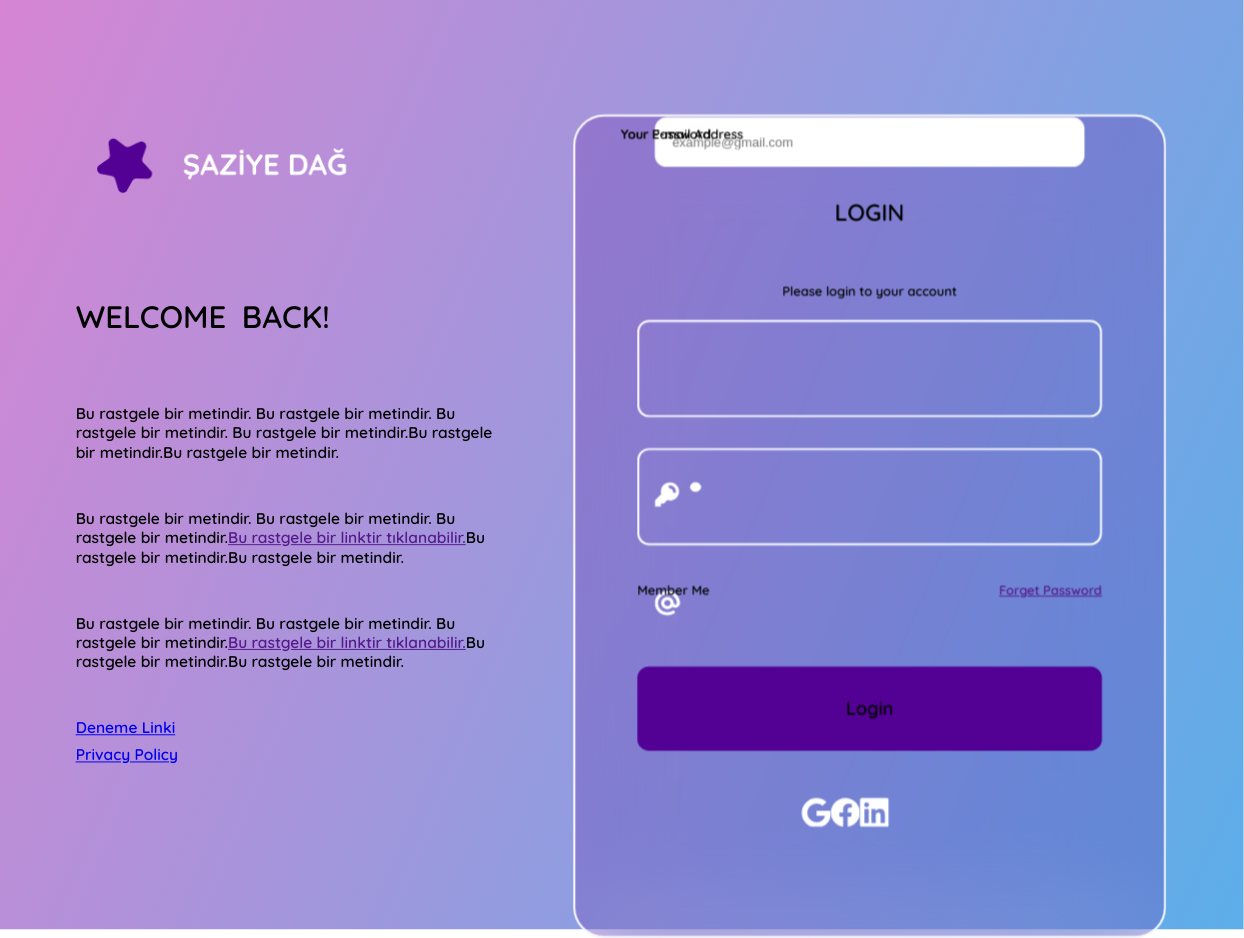
Repository: szydag/login
Page: /
An editor plug-in stored every save of this project. The page is shown before and after the next save, followed by the edit.
The browser window is 1280 px wide. The page is 1282 px wide, then 1280 px, then 1282 px, so the pictures cover 1282 px, including what lies to the right of the window. The pictures show the whole page, at 97% of full size.
The project was rebuilt for these pictures with package versions that can differ from the ones it lists, and the page was loaded fresh each time. Also part of the build but not shown: src/assets/svgr/unhiddenIcon/index.js.

Above is the page before, as saved 2023-10-29 20:11:05.

### src/index.js
import React from 'react';
import ReactDOM from 'react-dom/client';
import App from './app/index';
import {
    BrowserRouter
} from "react-router-dom";

const root = ReactDOM.createRoot(document.getElementById('root'));
root.render(
    <BrowserRouter>
        <App />
    </BrowserRouter>
);

### src/app/index.js
import LoginPage from "./pages/login";
import useStyles from "./style";

const App = () => {
    const classes = useStyles();
    return <div
        className={classes.main}
    >
        <LoginPage />
    </div>

};

export default App;

### src/app/pages/login/index.js
import React, { useEffect } from 'react'
import useStyles from './style';
import logo from './../../../assets/logo.png'
import MailIcon from './../../../assets/svgr/mailIcon/index.js'
import PasswordIcon from './../../../assets/svgr/passwordIcon/index.js'
import HiddenIcon from './../../../assets/svgr/hiddenIcon/index.js'
import UnhiddenIcon from './../../../assets/svgr/unhiddenIcon/index.js'
import GoogleIcon from './../../../assets/svgr/googleIcon/index.js'
import FacebookIcon from './../../../assets/svgr/facebookIcon/index.js'
import LinkedInIcon from './../../../assets/svgr/linkedInIcon/index.js'
const LoginPage = () => {

    const classes = useStyles();
    return <div
        className={classes.loginPage}
    >
        <div
            className={classes.promotionTexts}
        >
            <div
                className={classes.logo}
            >
                <img
                    src={logo}
                    alt=""
                />
            </div>
            <div
                className={classes.mainContent}
            >
                <div
                    className={classes.title}
                >
                    <h1>WELCOME</h1>
                    <h1>BACK!</h1>
                </div>
                <div
                    className={classes.contentText}
                >
                    <p>
                        Bu rastgele bir metindir. Bu rastgele bir metindir. Bu rastgele bir metindir. Bu rastgele bir metindir.Bu rastgele bir metindir.Bu rastgele bir metindir.
                    </p>
                    <p>
                        Bu rastgele bir metindir. Bu rastgele bir metindir. Bu rastgele bir metindir.
                        <a
                            href=""
                        >
                            Bu rastgele bir linktir tıklanabilir.
                        </a>
                        Bu rastgele bir metindir.Bu rastgele bir metindir.
                    </p>
                    <p>
                        Bu rastgele bir metindir. Bu rastgele bir metindir. Bu rastgele bir metindir.
                        <a
                            href=""
                        >
                            Bu rastgele bir linktir tıklanabilir.
                        </a>
                        Bu rastgele bir metindir.Bu rastgele bir metindir.
                    </p>
                </div>
                <div
                    className={classes.links}
                >
                    <a
                        href="

                    ">
                        Deneme Linki
                    </a>
                    <a
                        href="

                    ">
                        Privacy Policy
                    </a>
                </div>

            </div>
        </div>
        <div
            className={classes.loginArea}
        >
            <div
                className={classes.header}
            >
                <h2>LOGIN</h2>
                <h5>Please login to your account</h5>
            </div>
            <div
                className={classes.container}
            >
                <div
                    className={classes.loginMainContent}
                >
                    <div
                        className={classes.inputArea}
                    >
                        <div
                            className={classes.mailInput}
                        >
                            <input
                                className={classes.mailInput}
                                type="text"
                                placeholder='example@gmail.com'
                            />
                            <div
                                className={classes.content}
                            >
                                <MailIcon
                                    color='#ffffff'
                                    size={30}
                                ></MailIcon>

                            </div>
                            <div
                                className={classes.inputTitle}
                            >
                                <h5>Your E-mail  Address</h5>
                            </div>
                        </div>
                        <div
                            className={classes.passwordInput}
                        >
                            <div
                                className={classes.content}
                            >
                                <PasswordIcon
                                    color='#ffffff'
                                    size={30}
                                >
                                </PasswordIcon>
                                <HiddenIcon
                                    color='#ffffff'
                                    size={30}
                                >

                                </HiddenIcon>
                            </div>
                            <div
                                className={classes.inputTitle}
                            >
                                <h5>Your Password</h5>
                            </div>

                        </div>
                    </div>
                    <div
                        className={classes.passwordSettingsArea}
                    >
                        <div
                            className={classes.memberMeArea}
                        >
                            <h5>Member Me</h5>
                        </div>
                        <h5>
                            <a href="">
                                Forget Password
                            </a>
                        </h5>
                    </div>
                </div>
                <div
                    className={classes.loginButton}
                >
                    <h3>Login</h3>
                </div>
            </div>
            <div
                className={classes.accountSettings}
            >
                <div
                    className={classes.accountSettingsTitle}
                >

                </div>
                <div
                    className={classes.socialMediaIcons}
                >
                    <GoogleIcon
                        color='#ffffff'
                        size={30}
                    >
                    </GoogleIcon>
                    <FacebookIcon
                        color='#ffffff'
                        size={30}
                    >
                    </FacebookIcon>
                    <LinkedInIcon
                        color='#ffffff'
                        size={30}
                    >
                    </LinkedInIcon>
                </div>
                <div
                    className={classes.newAccountArea}
                >

                </div>
            </div>
        </div>
    </div>
}

export default LoginPage;

### src/app/style.js
import { createUseStyles } from "react-jss";

const useStyles = createUseStyles({
    "@font-face": [
        {
            fontFamily: "Quicksand-Bold",
            src: 'url("/public/assets/fonts/Quicksand-Bold.ttf")',
            fontStyle: "normal"
        },
        {
            fontFamily: "Quicksand-Light",
            src: 'url("/public/assets/fonts/Quicksand-Light.ttf")',
            fontStyle: "normal"
        },
        {
            fontFamily: "Quicksand-Medium",
            src: 'url("/public/assets/fonts/Quicksand-Medium.ttf")',
            fontStyle: "normal"
        },
        {
            fontFamily: "Quicksand-Regular",
            src: 'url("/public/assets/fonts/Quicksand-Regular.ttf")',
            fontStyle: "normal"
        },
        {
            fontFamily: "Quicksand-SemiBold",
            src: 'url("/public/assets/fonts/Quicksand-SemiBold.ttf")',
            fontStyle: "normal"
        }
    ],
    main: {
        fontFamily: "Quicksand-SemiBold",
        width: '100%',
        height: '100%',
    },
})
export default useStyles;

### src/app/pages/login/style.js

import { createUseStyles } from "react-jss";

const useStyles = createUseStyles({
    "@font-face": [
        {
            fontFamily: "Quicksand-Bold",
            src: 'url("/public/assets/fonts/Quicksand-Bold.ttf")',
            fontStyle: "normal"
        },
        {
            fontFamily: "Quicksand-Light",
            src: 'url("/public/assets/fonts/Quicksand-Light.ttf")',
            fontStyle: "normal"
        },
        {
            fontFamily: "Quicksand-Medium",
            src: 'url("/public/assets/fonts/Quicksand-Medium.ttf")',
            fontStyle: "normal"
        },
        {
            fontFamily: "Quicksand-Regular",
            src: 'url("/public/assets/fonts/Quicksand-Regular.ttf")',
            fontStyle: "normal"
        },
        {
            fontFamily: "Quicksand-SemiBold",
            src: 'url("/public/assets/fonts/Quicksand-SemiBold.ttf")',
            fontStyle: "normal"
        }
    ],
    h1: {
        fontFamily: 'Quicksand-SemiBold',
    },
    loginPage: {
        margin:"-10px",
        height: '100vh',
        display: 'flex',
        padding: '120px 80px',
        alignItems: 'flex-start',
        gap: '80px',
        background: 'linear-gradient(113deg, #B9A675 0%, #D685D3 0%, #5CAEE9 100%)',
    },
    promotionTexts: {
        width: '50%',
        display: 'flex',
        flexDirection: 'column',
        alignItems: 'flex-start',
        gap: '64px',
    },
    logo: {
        display: 'flex',
        alignItems: 'center',
        gap: '8px',
    },
    mainContent: {
        display: 'flex',
        flexDirection: 'column',
        justifyContent: ' center',
        alignItems: 'flex-start',
        gap: '32px',
    },
    title: {
        display: 'flex',
        alignItems: 'flex-start',
        gap: '16px',
    },
    contentText: {
        display: 'flex',
        flexDirection: 'column',
        alignItems: 'flex - start',
        gap: '16px',
    },
    links: {
        display: 'flex',
        flexDirection: 'column',
        alignItems: 'flex-start',
        gap: '8px',
    },
    loginArea: {
        width: '50%',
        display: 'flex',
        padding: '64px',
        flexDirection: 'column',
        justifyContent: 'center',
        alignItems: 'center',
        borderRadius: '32px',
        border: '2px solid #FFF',
        background: 'rgba(83, 0, 148, 0.20)',
        backdropFilter: 'blur(45px)',
    },
    header: {
        display: 'flex',
        flexDirection: 'column',
        alignItems: 'center',
        gap: '16px',
    },
    container: {
        display: 'flex',
        flexDirection: 'column',
        alignItems: 'flex-start',
        gap: '48px',
        alignSelf: 'stretch',
    },
    loginMainContent: {
        display: 'flex',
        flexDirection: 'column',
        justifyContent: 'center',
        alignItems: 'center',
        gap: '16px',
        alignSelf: 'stretch',
    },
    inputArea: {
        display: 'flex',
        flexDirection: 'column',
        alignItems: 'flex-start',
        gap: '32px',
        alignSelf: 'stretch',
    },
    mailInput: {
        display: 'flex',
        height: '64px',
        padding: '16px',
        flexDirection: 'column',
        justifyContent: 'center',
        alignItems: 'flex-start',
        gap: '437px',
        alignSelf: 'stretch',
        borderRadius: '12px',
        border: '2px solid #FFF',
    },
    content: {
        display: 'flex',
        justifyContent: 'center',
        alignItems: 'center',
        gap: '6px',
    },
    inputTitle: {
        display: 'flex',
        padding: '0px 10px',
        alignItems: 'center',
        gap: '10px',
        position: 'absolute',
        left: '37px',
        top: '-12px',
    },
    passwordInput: {
        display: 'flex',
        height: '64px',
        padding: '16px',
        justifyContent: 'space-between',
        alignItems: 'center',
        alignSelf: 'stretch',
        borderRadius: '12px',
        border: '2px solid #FFF',
    },
    passwordSettingsArea: {
        display: 'flex',
        justifyContent: 'space-between',
        alignItems: 'flex-start',
        alignSelf: 'stretch',
    },
    memberMeArea: {
        display: 'flex',
        alignItems: 'center',
        gap: '16px',
    },
    loginButton: {
        display: 'flex',
        padding: '13px 215px',
        justifyContent: 'center',
        alignItems: 'center',
        gap: '10px',
        alignSelf: 'stretch',
        borderRadius: '12px',
        background: '#530094',
    },
    accountSettings: {
        display: 'flex',
        flexDirection: 'column',
        alignItems: 'center',
        gap: '48px',
    },
    accountSettingsTitle: {
        display: 'flex',
        justifyContent: 'center',
        alignItems: 'center',
        gap: '8px',
    },
    socialMediaIcons: {
        width: '140px',
        height: '31.492px',
    },
    newAccountArea: {
        display: 'flex',
        justifyContent: 'center',
        alignItems: 'flex-start',
        gap: '16px',
    },
})
export default useStyles;

### src/assets/svgr/mailIcon/index.js
import * as React from "react"
const MailIcon = ({
    color = "#ffffff",
    size = 30,
    ...props
}) => {
    const pathScale = 30 / size;
    return <svg
        xmlns="http://www.w3.org/2000/svg"
        width={size}
        height={size}
        fill="none"
        {...props}
    >
        <path
            fill={color}
            transform={`scale(${1 / 1})`}
            d="M19.894 6.125c-3.807-3.661-9.98-3.661-13.788 0s-3.808 9.597 0 13.258c3.31 3.183 8.41 3.6 12.187 1.248.753-.47 1.759-.263 2.247.461.488.725.273 1.692-.48 2.161-5.038 3.138-11.837 2.586-16.252-1.66-5.077-4.881-5.077-12.796 0-17.678 5.076-4.881 13.308-4.881 18.384 0C24.73 6.355 26 9.558 26 12.755c0 2.588-2.183 4.687-4.875 4.687a4.982 4.982 0 0 1-2.925-.937c-1.186 1.517-3.074 2.5-5.2 2.5-3.59 0-6.5-2.799-6.5-6.25 0-3.453 2.91-6.25 6.5-6.25s6.5 2.797 6.5 6.25c0 .862.727 1.562 1.625 1.562s1.625-.7 1.625-1.563c0-2.402-.952-4.798-2.856-6.629Zm-3.644 6.63c0-1.727-1.455-3.126-3.25-3.126s-3.25 1.4-3.25 3.125c0 1.726 1.455 3.125 3.25 3.125s3.25-1.399 3.25-3.125Z"
        />
    </svg>
}
export default MailIcon

### src/assets/svgr/passwordIcon/index.js
import * as React from "react"
const PasswordIcon = ({
    color = "#ffffff",
    size = 30,
    ...props
}) => {
    const pathScale = 30 / size;
    return <svg
        xmlns="http://www.w3.org/2000/svg"
        width={size}
        height={size}
        fill="none"
        {...props}
    >
        <path
            fill={color}
            transform={`scale(${1 / 1})`}
            d="M25 9.63a9.375 9.375 0 0 1-12.098 8.972L9.375 22.13H6.25v3.125H0v-6.25l6.652-6.652A9.375 9.375 0 1 1 25 9.63Zm-9.375-6.25a1.563 1.563 0 0 0 0 3.124c1.726 0 3.125 1.4 3.125 3.125a1.563 1.563 0 0 0 3.125 0 6.25 6.25 0 0 0-6.25-6.25Z"
        />
    </svg>
}
export default PasswordIcon

### src/assets/svgr/hiddenIcon/index.js
import * as React from "react"
const HiddenIcon = ({
    color = "#ffffff",
    size = 30,
    ...props
}) => {
    const pathScale = 30 / size;
    return <svg
        xmlns="http://www.w3.org/2000/svg"
        width={size}
        height={size}
        fill="none"
        {...props}
    >
        <path
            fill={color}
            transform={`scale(${1 / 1})`}
            d="M0 5.03C.801 2.115 3.185 0 6 0s5.199 2.115 6 5.03c-.801 2.915-3.185 5.03-6 5.03S.801 7.945 0 5.03Zm8.515 0C8.515 6.617 7.39 7.904 6 7.904c-1.39 0-2.515-1.287-2.515-2.874C3.485 3.443 4.61 2.156 6 2.156c1.39 0 2.515 1.287 2.515 2.874Z"
        />
    </svg>
}
export default HiddenIcon

### src/assets/svgr/googleIcon/index.js
import * as React from "react"
const GoogleIcon = ({
    color = "#ffffff",
    size = 30,
    ...props
}) => {
    const pathScale = 30 / size;
    return <svg
        xmlns="http://www.w3.org/2000/svg"
        width={size}
        height={size}
        fill="none"
        {...props}
    >
        <path
            fill={color}
            transform={`scale(${1 / 1})`}
            d="M30.5 16.357c0 8.698-5.957 14.889-14.754 14.889A15.228 15.228 0 0 1 .5 16 15.228 15.228 0 0 1 15.746.754c4.106 0 7.561 1.506 10.223 3.99l-4.15 3.99C16.392 3.496 6.298 7.43 6.298 16c0 5.318 4.248 9.627 9.449 9.627 6.037 0 8.3-4.328 8.656-6.572h-8.656v-5.243H30.26c.142.78.24 1.53.24 2.545Z"
        />
    </svg>
}
export default GoogleIcon

### src/assets/svgr/facebookIcon/index.js
import * as React from "react"
const FacebookIcon = ({
    color = "#ffffff",
    size = 30,
    ...props
}) => {
    const pathScale = 30 / size;
    return <svg
        xmlns="http://www.w3.org/2000/svg"
        width={size}
        height={size}
        fill="none"
        {...props}
    >
        <path
            fill={color}
            transform={`scale(${1 / 1})`}
            d="M30.5 15.754c0-8.286-6.714-15-15-15s-15 6.714-15 15c0 7.487 5.485 13.692 12.656 14.819V20.09h-3.81v-4.336h3.81V12.45c0-3.759 2.238-5.835 5.666-5.835 1.641 0 3.358.293 3.358.293v3.689h-1.892c-1.863 0-2.444 1.156-2.444 2.343v2.815h4.16l-.666 4.336h-3.494v10.483C25.014 29.446 30.5 23.24 30.5 15.754Z"
        />
    </svg>
}
export default FacebookIcon

### src/assets/svgr/linkedInIcon/index.js
import * as React from "react"
const LinkedInIcon = ({
    color = "#ffffff",
    size = 30,
    ...props
}) => {
    const pathScale = 30 / size;
    return <svg
        xmlns="http://www.w3.org/2000/svg"
        width={size}
        height={size}
        fill="none"
        {...props}
    >
        <path
            fill={color}
            transform={`scale(${1 / 1})`}
            d="M28.357.754H2.637C1.456.754.5 1.725.5 2.917v25.674c0 1.192.958 2.163 2.136 2.163h25.721c1.179 0 2.143-.97 2.143-2.163V2.917c0-1.192-.964-2.163-2.143-2.163ZM9.567 26.468H5.121V12.151h4.453v14.317h-.007ZM7.344 10.196a2.58 2.58 0 0 1 0-5.156 2.584 2.584 0 0 1 2.578 2.578 2.575 2.575 0 0 1-2.578 2.578Zm18.89 16.272h-4.446v-6.964c0-1.66-.034-3.797-2.31-3.797-2.317 0-2.672 1.808-2.672 3.677v7.084h-4.447V12.151h4.266v1.956h.06c.596-1.125 2.05-2.31 4.212-2.31 4.5 0 5.337 2.966 5.337 6.823v7.848Z"
        />
    </svg>
}
export default LinkedInIcon

Loaded but not shown: public/index.html (common file)

After the next save:
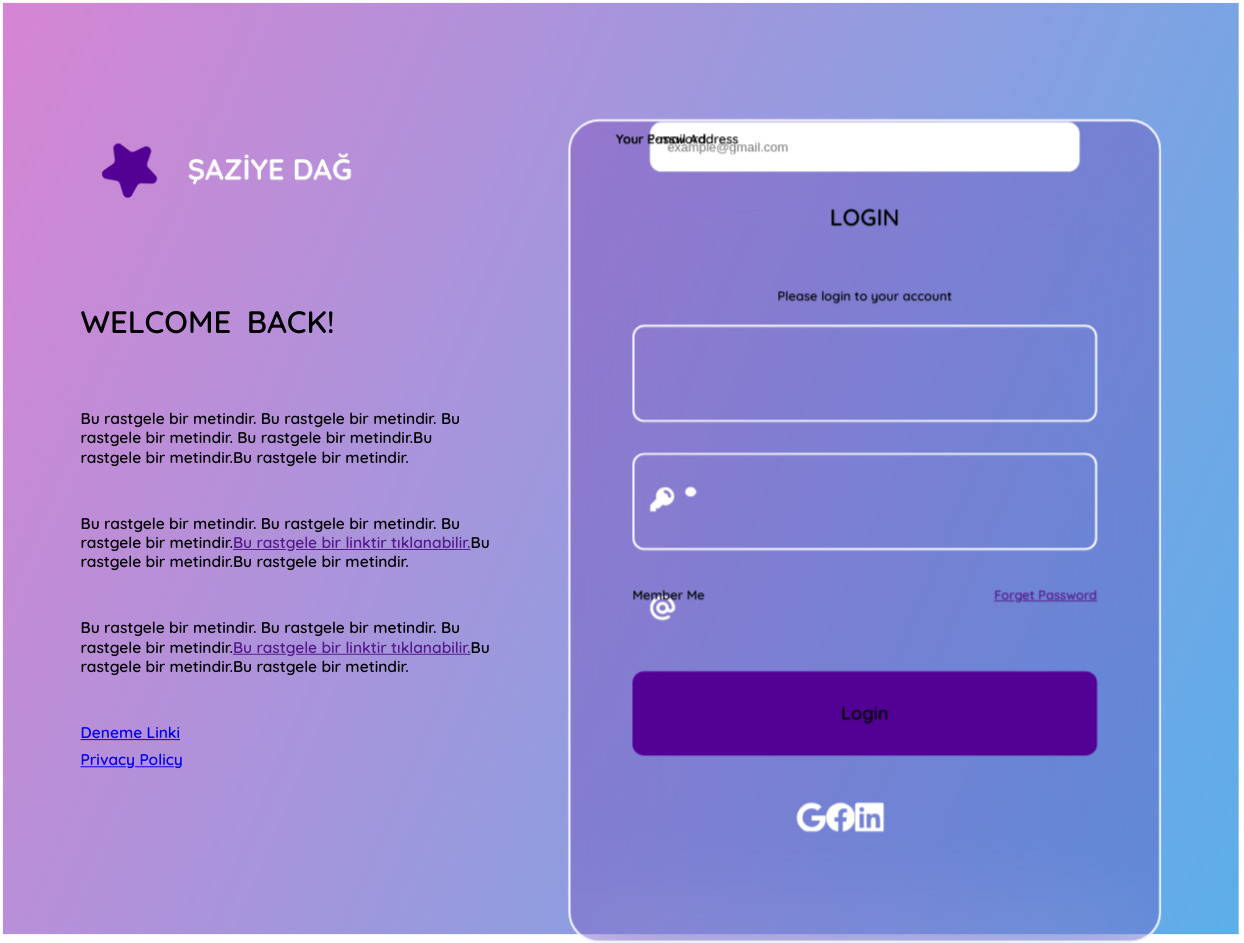
Saved 9 s later.
--- a/src/app/pages/login/style.js
+++ b/src/app/pages/login/style.js
@@ -33,7 +33,7 @@
         fontFamily: 'Quicksand-SemiBold',
     },
     loginPage: {
-        margin:"-10px",
+        margin:"-5px",
         height: '100vh',
         display: 'flex',
         padding: '120px 80px',

After the save that followed:
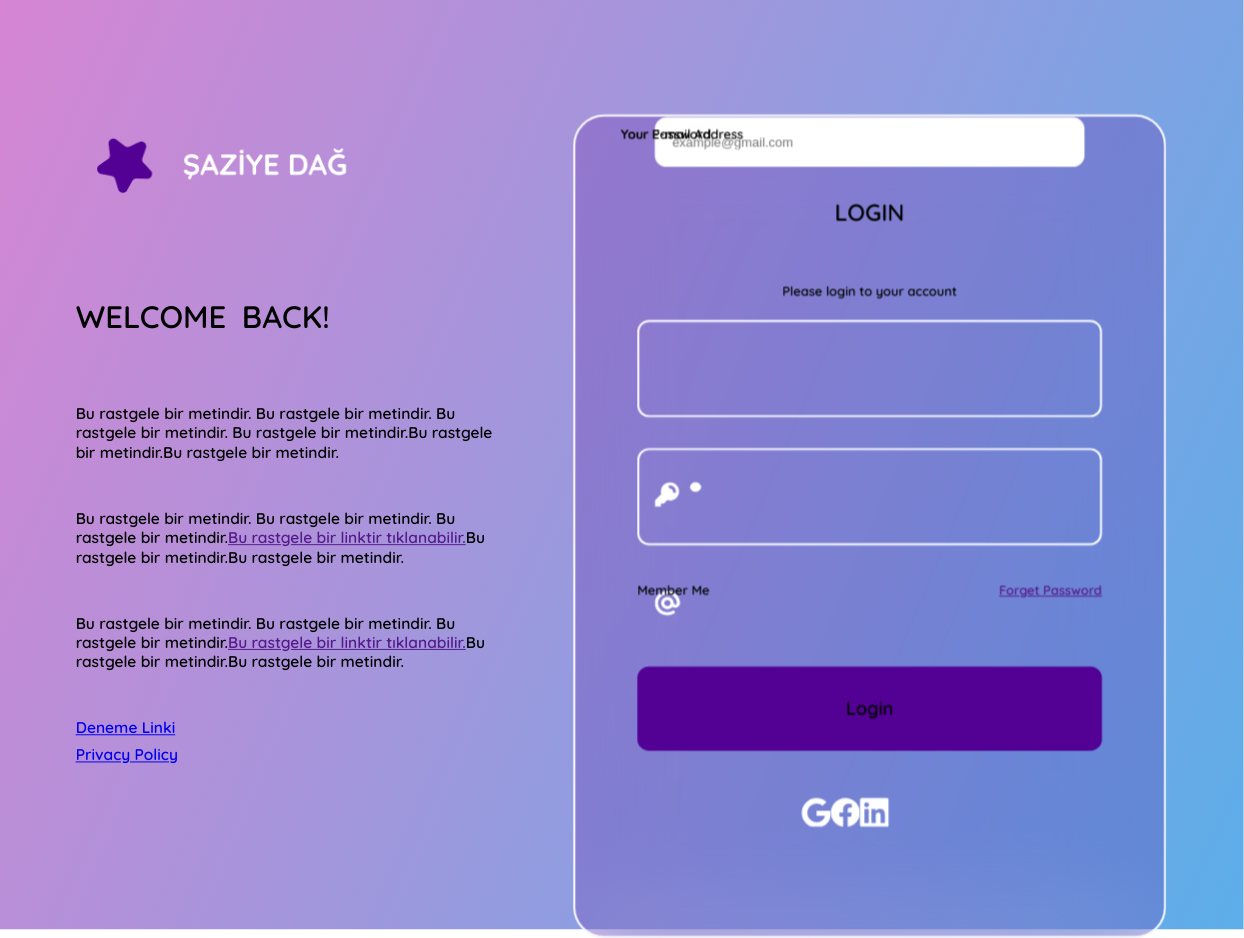
Saved 6 s later.
--- a/src/app/pages/login/style.js
+++ b/src/app/pages/login/style.js
@@ -33,7 +33,7 @@
         fontFamily: 'Quicksand-SemiBold',
     },
     loginPage: {
-        margin:"-5px",
+        margin:"-10px",
         height: '100vh',
         display: 'flex',
         padding: '120px 80px',
